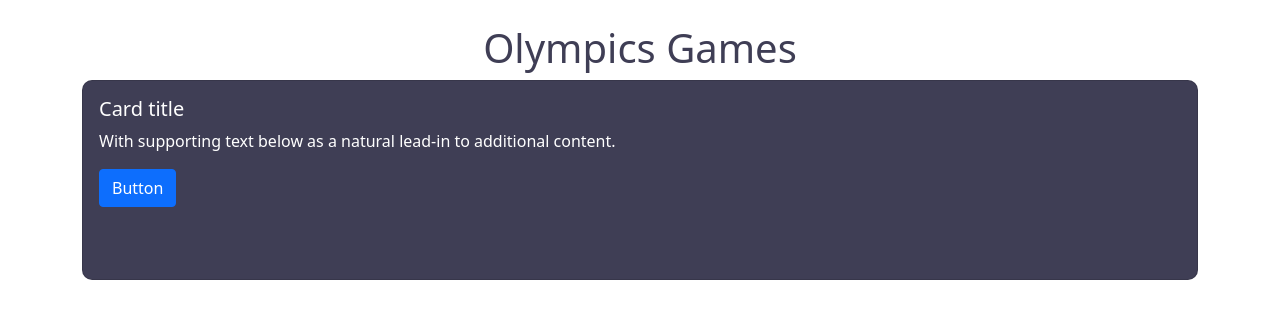
Repository: ahmedazawi/olympic_games
Page: client/views/index.html
An editor plug-in stored every save of this project. The page is shown before and after the next save, followed by the edit.
The browser window is 1280 px wide. The pictures show the whole page.

Above is the page before, as saved 2021-12-24 12:59:11.

### client/views/index.html
<!DOCTYPE html>
<html lang="en">

<head>
    <meta charset="UTF-8">
    <meta http-equiv="X-UA-Compatible" content="IE=edge">
    <meta name="viewport" content="width=device-width, initial-scale=1.0">
    <link href="https://cdn.jsdelivr.net/npm/bootstrap@5.1.3/dist/css/bootstrap.min.css" rel="stylesheet"
        integrity="sha384-1BmE4kWBq78iYhFldvKuhfTAU6auU8tT94WrHftjDbrCEXSU1oBoqyl2QvZ6jIW3" crossorigin="anonymous">
    <link rel="stylesheet" href="/css/index.css">
    <title>Home</title>
</head>

<body>
    <div class="background-img">
        <img>

    </div>

    <div class="body-container d-flex flex-column align-items-center w-100">
        <h1 class="">Olympics Games</h1>
        <div class="container">
            <div class="row g-4">
                <div class="col-12">
                    <div class="card w-100">
                        <div class="card-body">
                            <h5 class="card-title">Card title</h5>
                            <p class="card-text">With supporting text below as a natural lead-in to additional content.
                            </p>
                            <a href="#" class="btn btn-primary ">Button</a>
                        </div>
                    </div>
                </div>
            </div>
        </div>
    </div>

    <script src="https://cdn.jsdelivr.net/npm/bootstrap@5.1.3/dist/js/bootstrap.bundle.min.js"
        integrity="sha384-ka7Sk0Gln4gmtz2MlQnikT1wXgYsOg+OMhuP+IlRH9sENBO0LRn5q+8nbTov4+1p"
        crossorigin="anonymous"></script>
</body>

</html>

### client/assets/css/index.css
* {
  --appColor: rgb(63, 62, 85);
}
body {
  color: var(--appColor);
}
.bg-app-color {
  background-color: var(--appColor);
  border: var(--appColor);
}
.font-app-color {
  color: var(--appColor);
}
.body-container .card {
  border-radius: 10px;
  height: 200px;
  background-color: var(--appColor);
  color: white;
}

After the next save:
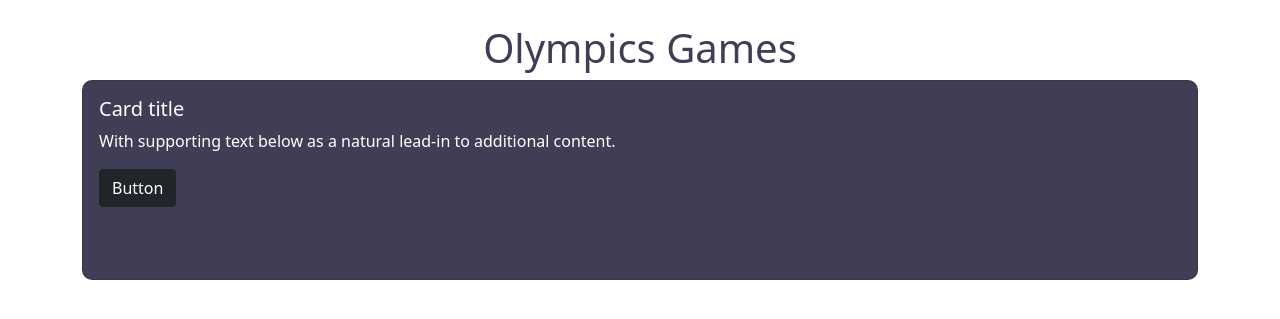
Saved 5 s later.
--- a/client/views/index.html
+++ b/client/views/index.html
@@ -27,7 +27,7 @@
                             <h5 class="card-title">Card title</h5>
                             <p class="card-text">With supporting text below as a natural lead-in to additional content.
                             </p>
-                            <a href="#" class="btn btn-primary ">Button</a>
+                            <a href="#" class="btn btn-dark ">Button</a>
                         </div>
                     </div>
                 </div>
